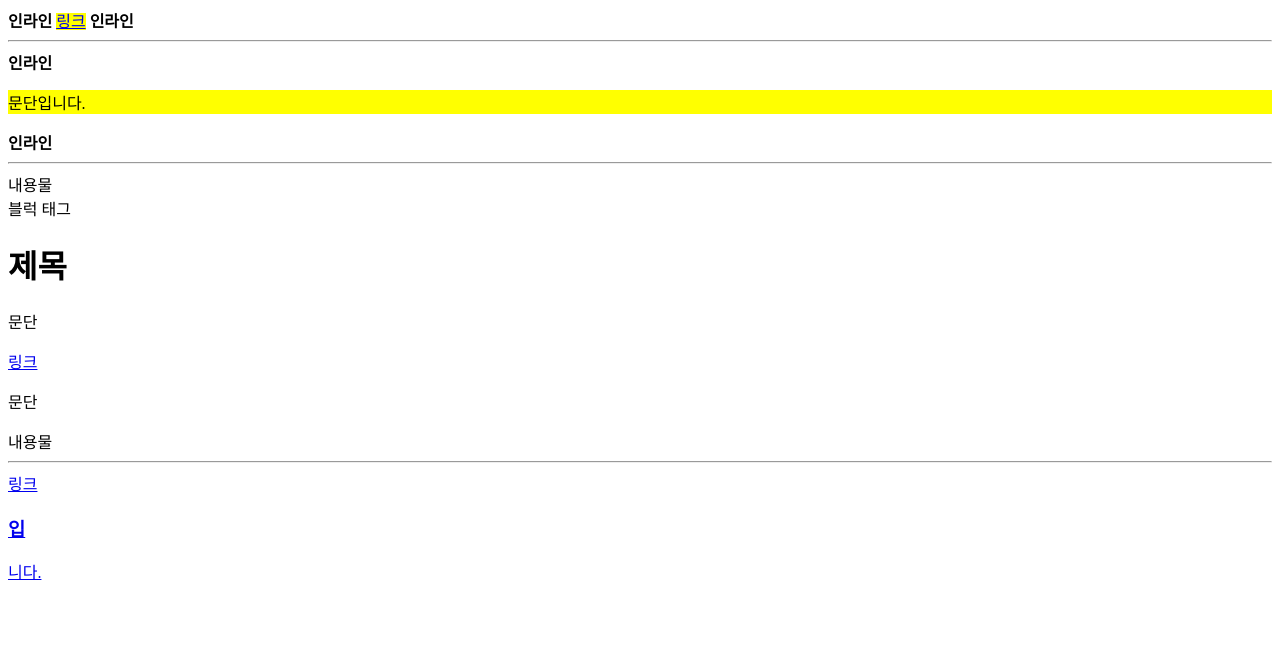
Repository: JeongWoo-Jang/Edu-Backup
Page: 5. HTML & CSS & JS/ClientTest/WebContent/ex11_tag.html
An editor plug-in stored every save of this project. The page is shown before and after the next save, followed by the edit.
The browser window is 1280 px wide. The pictures show the whole page.

Above is the page before, as saved 2020-06-19 03:29:32.

### 5. HTML & CSS & JS/ClientTest/WebContent/ex11_tag.html
<!DOCTYPE html>
<html>
<head>
<meta charset="UTF-8">
<title>Insert title here</title>
</head>
<body>

	<!--

		****** 중요!!
		인라인 태그 vs 블럭 태그
		- 모든 태그들은 위의 두 분류 중 하나에 속한다.

		<a>, <b>, <strong> : 인라인 태그
		<p>, <h1>, <hr> : 블럭 태그

		인라인 태그, Inline Tag
		- 자신의 내용물과 주변 태그의 내용물을 같은 라인에 출력한다.
		- 영역의 너비가 항상 내용물 크기와 같다.
		- 영역의 높이는 항상 내용물 크기와 같다.
		- 구성 요소 역할(내용 역할)

		블럭 태그, Block Tag
		- 자신의 내용물을 주변 태그의 내용물과 다른 라인에 출력한다.
		- 자신이 현재 라인을 독점한다. > 영역의 너비가 항상 100%이다.
		- 영역의 높이는 항상 내용물 크기와 같다.
		- 구조 역할(뼈대 역할)

		태그 중첩 규칙
		1. 블럭 태그는 자식으로 또 다른 블럭 태그를 가질 수 있다.
		2. 블럭 태그는 자식으로 또 다른 인라인 태그를 가질 수 있다.
		3. 인라인 태그는 자식으로 또다른 인라인 태그를 가질 수 있다.
		4. 인라인 태그는 자식으로 또다른 블럭 태그를 가질 수 없다.(***)
		5. 블럭 태그 중 <p> 태그만은 자식으로 인라인 태그만 가질 수 있다.(예외)

	 -->

	<b>인라인</b>
	<a href="#" style="background-color:yellow;">링크</a>
	<strong>인라인</strong>

	<hr>

	<b>인라인</b>
	<p style="background-color:yellow;">문단입니다.</p>
	<strong>인라인</strong>

	<hr>

	내용물
	<div>
		블럭 태그
		<h1>제목</h1>
		<p>문단</p>
		<a href="#">링크</a>
		<p>문단</p>
	</div>
	내용물

	<hr>

	<a href="#">링크<h3>입</h3>니다.</a>

</body>
</html>

After the next save:
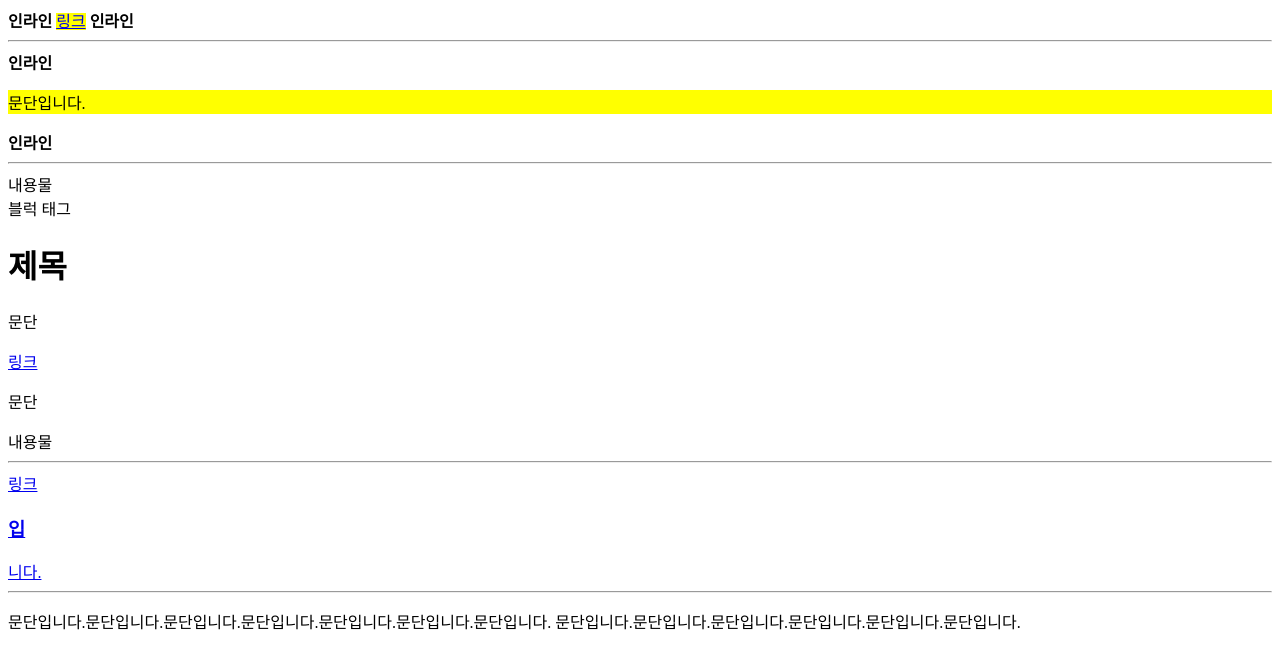
Saved 18 s later.
--- a/5. HTML & CSS & JS/ClientTest/WebContent/ex11_tag.html
+++ b/5. HTML & CSS & JS/ClientTest/WebContent/ex11_tag.html
@@ -62,5 +62,10 @@
 
 	<a href="#">링크<h3>입</h3>니다.</a>
 
+	<hr>
+
+	<p>문단입니다.문단입니다.문단입니다.문단입니다.문단입니다.문단입니다.문단입니다.
+	문단입니다.문단입니다.문단입니다.문단입니다.문단입니다.문단입니다.</p>
+
 </body>
 </html>
